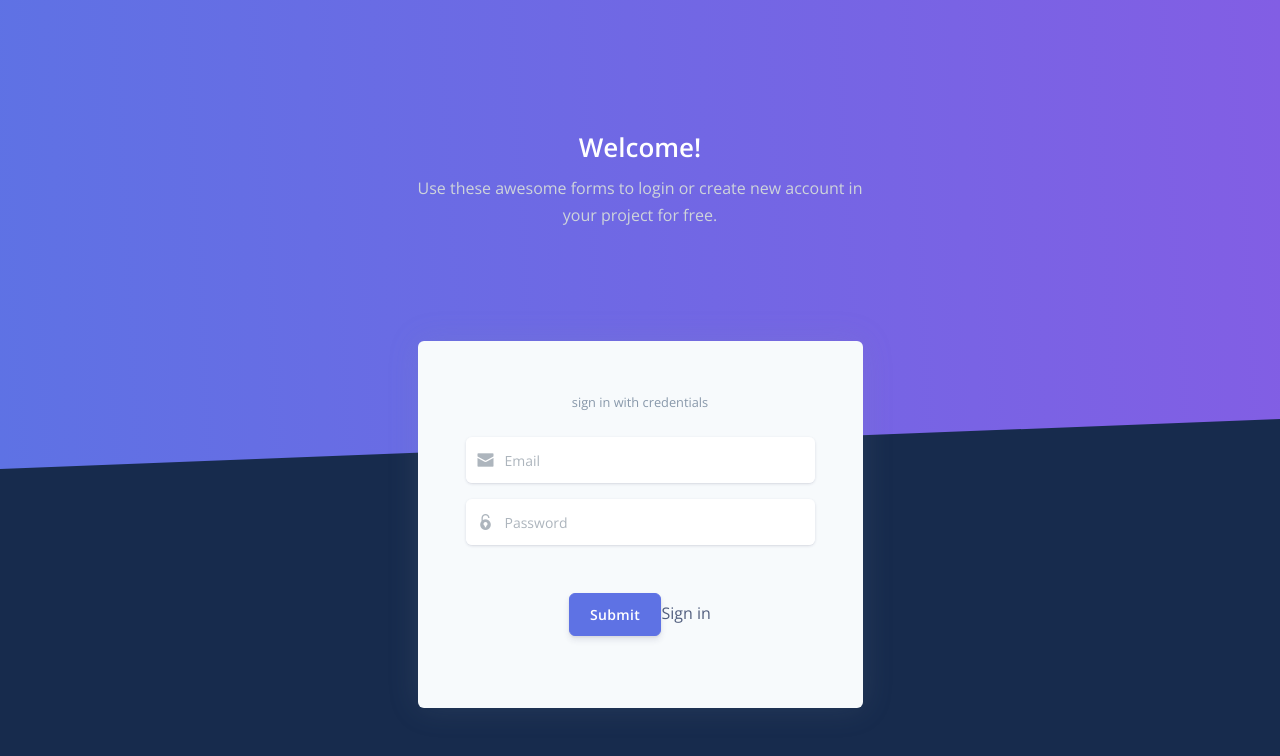
Repository: Hareeshgoli/restuarnt
Page: http://localhost/login
An editor plug-in stored every save of this project. The page is shown before and after the next save, followed by the edit.
The browser window is 1280 px wide. The pictures show the whole page.
The page is this project's Thymeleaf template; nobody is signed in. The template is opened directly, without the code that normally fills it, so the values that code supplies are empty.

Above is the page before, as saved 2020-02-28 10:04:00.

After the next save:
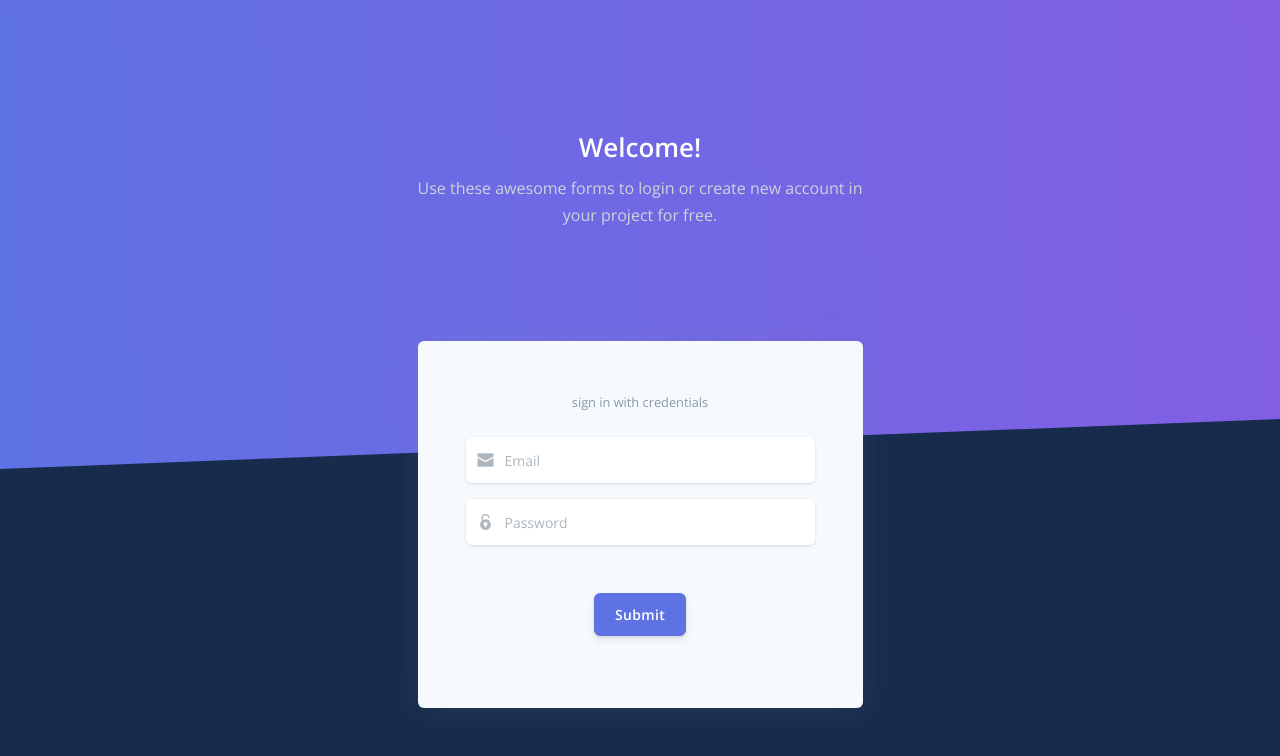
Saved 3 min 58 s later.
--- a/resturant/src/main/resources/templates/login.html
+++ b/resturant/src/main/resources/templates/login.html
@@ -67,7 +67,7 @@
                   </div>
                 </div>
                 <div class="text-center">
-                  <input type="submit" class="btn btn-primary my-4">Sign in</input>
+                  <input type="submit" class="btn btn-primary my-4"></input>
                 </div>
               </form>
             </div>
